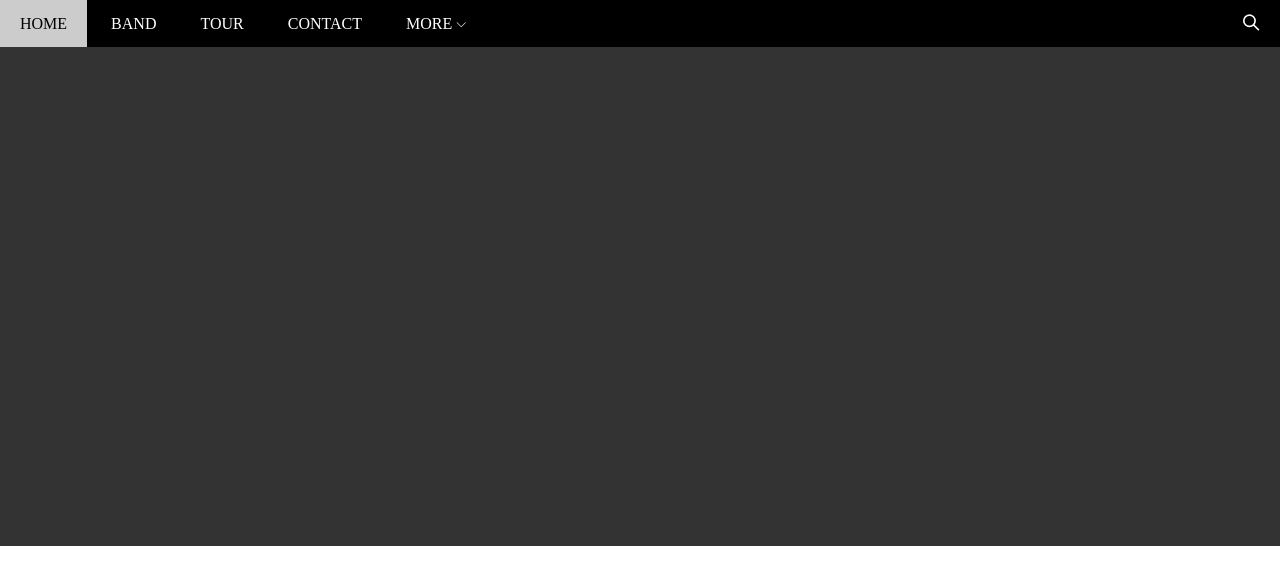
Repository: Dino0411/Dino0411.github.io
Page: index.html
An editor plug-in stored every save of this project. The page is shown before and after the next save, followed by the edit.
The browser window is 1280 px wide. The pictures show the whole page.

Above is the page before, as saved 2021-10-03 23:44:02.

### index.html
<!DOCTYPE html>
<html lang="en">
<head>
    <meta charset="UTF-8">
    <meta http-equiv="X-UA-Compatible" content="IE=edge">
    <meta name="viewport" content="width=device-width, initial-scale=1.0">
    <link rel="stylesheet" href="./assets/css/style.css">
    <link rel="stylesheet" href="./assets/fonts/themify-icons/themify-icons.css">
    <title>Document</title>
</head>
<body>
    <div id="main">
        <!-- TODO:header -->
        <div id="header">
            <!-- TODO:begin nav -->
            <ul id="nav">
                <li><a href="">Home</a></li>
                <li><a href="">Band</a></li>
                <li><a href="">Tour</a></li>
                <li><a href="">Contact</a></li>
                <li>
                    <a href="">
                        More
                        <i class="nav-arrow-down ti-angle-down"></i>
                    </a>
                    <ul class="subnav">
                        <li><a href="">Merchandise</a></li>
                        <li><a href="">Extras</a></li>
                        <li><a href="">Media</a></li>
                    </ul>
                </li>
            </ul>
            <!-- TODO:end nav -->

            <!-- TODO:begin search -->
            <div class="search-bth">
                <i class="search-icon  ti-search"></i>
            </div>
            <!-- TODO:end search -->
        </div>
        <!-- TODO:slider -->
        <div id="slider">

        </div>
        <!-- TODO:content -->
        <div id="content">

        </div>
        <!-- TODO:footer -->
        <div id="footer">

        </div>
    </div>
</body>
</html>

### assets/css/style.css
/* ! reser css
    ! Emmet(p0;m0)
*/
* {
  margin: 0;
  padding: 0;
  box-sizing: border-box;
}

html {
  font-family: cursive;
}
/* TODO:start
TODO: từ ngoài vào trong
TODO: từ trên xuống dưới
TODO:tổng quan đến chi tiết
*/

/*
? vị trí
? kích thước(width,height)
? màu sắc
? kiểu dáng(kiểu chữ,...)
*/
#main {
}
#header {
  position: fixed;
  top: 0;
  left: 0;
  right: 0;
  height: 47px;
  background-color: #000;
}
#nav {
  display: inline-block;
}
#nav,
.subnav {
  list-style: none;
}
#nav > li {
  display: inline-block;
  position: relative;
}
#nav > li > a {
  color: #fff;
  text-transform: uppercase;
}
#nav li a {
  text-decoration: none;
  padding: 0px 20px;
  line-height: 47px;
}
#nav li:hover .subnav {
  display: block;
}
#nav > li:hover > a,
#nav .subnav a:hover {
  color: #000;
  background-color: #ccc;
  display: block;
}
#nav .subnav {
  display: none;
  position: absolute;
  top: 100%;
  left: 0;
  min-width: 160px;
  background-color: #fff;
  box-shadow: rgba(100, 100, 111, 0.5) 0px 7px 29px 0px;
}
#nav .subnav a {
  color: #000;
  padding: 0 12px;
  line-height: 40px;
}
#nav .nav-arrow-down {
  font-size: 10px;
}
#header .search-bth {
  float: right;
  padding: 0 21px;
}
#header .search-bth:hover {
  background-color: #f44336;
}
#header .search-icon {
  color: #fff;
  font-size: 16px;
  line-height: 46px;
  font-weight: 1000;
}
#slider {
  min-height: 500px;
  background-color: #333;
  margin-top: 46px;
}
#content {
}
#footer {
}

Loaded but not shown: assets/fonts/themify-icons/themify-icons.css (common file)

After the next save:
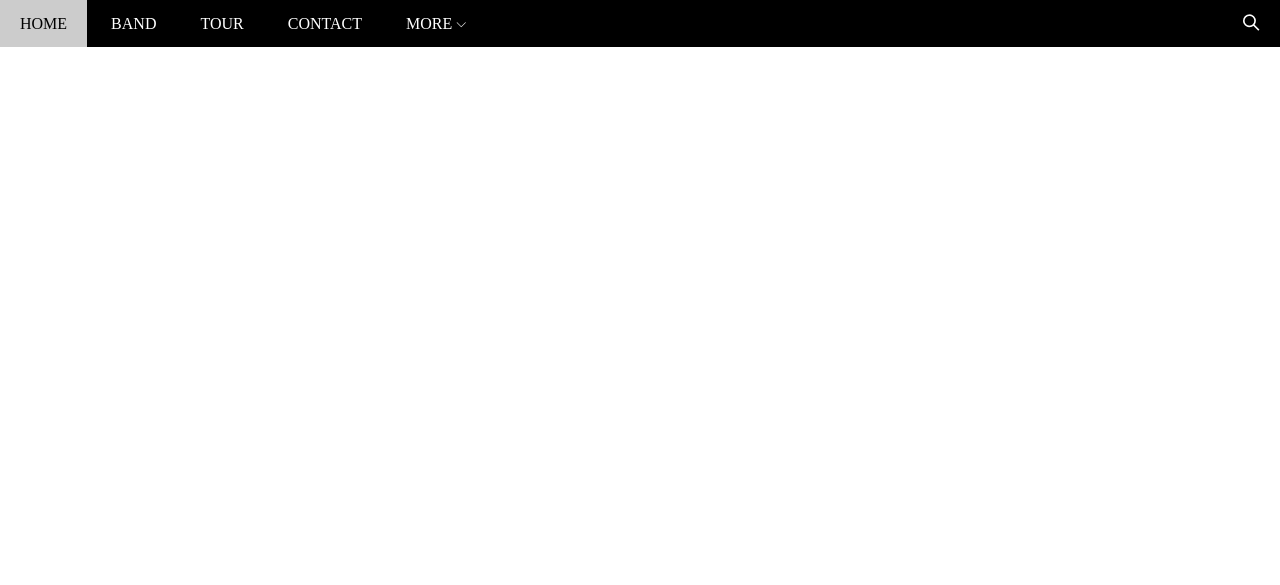
Saved 6 min 1 s later.
--- a/assets/css/style.css
+++ b/assets/css/style.css
@@ -92,8 +92,6 @@ TODO:tổng quan đến chi tiết
   font-weight: 1000;
 }
 #slider {
-  min-height: 500px;
-  background-color: #333;
   margin-top: 46px;
 }
 #content {
